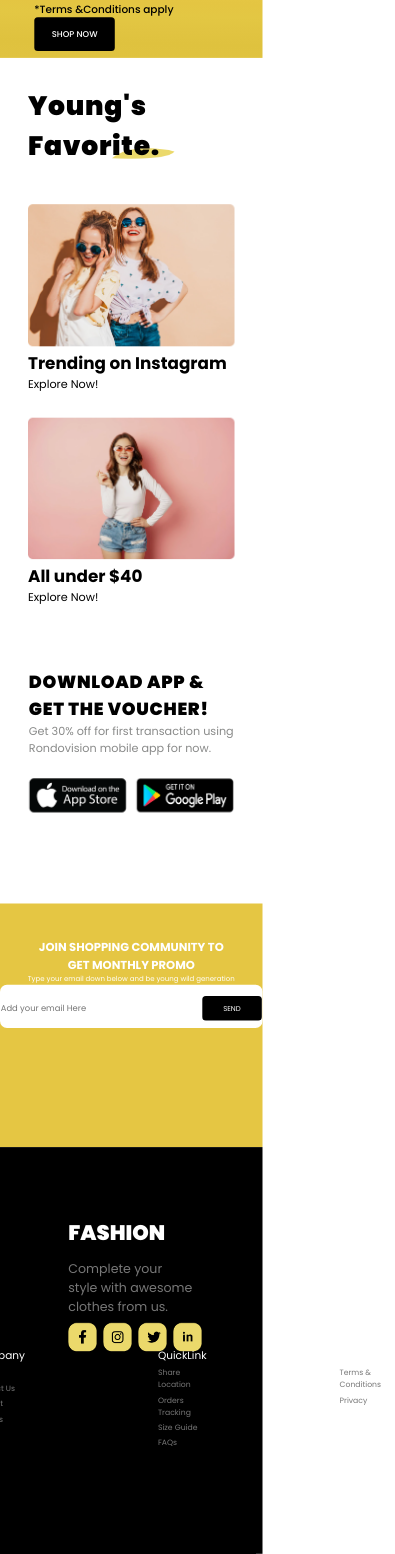
Repository: isaacCodes1/FashionWebsite
Page: index.html
An editor plug-in stored every save of this project. The page is shown before and after a run of saves, followed by the edit.
The browser window is 375 px wide. The page is 564 px wide, so the pictures cover 564 px, including what lies to the right of the window. The pictures show the part of the page from y = 3324 to 5564 px (the page is 5544 px tall before and 5564 px after), at 70% of full size.

Above is the page before, as saved 2024-03-18 12:07:20.

### index.html
<!DOCTYPE html>
<html lang="en">
  <head>
    <meta charset="UTF-8" />
    <meta name="viewport" content="width=device-width, initial-scale=1.0" />
    <title>Shopping Site Assignment</title>
    <link rel="stylesheet" href="style.css" />
    <link rel="stylesheet" href="/Media Query.css">
  </head>
  <body>
    <header>
      <nav>
        <!--------- NavItems ------->
        <div class="image">
          <a href="#"><img src="/Assets/Vector (3).png" />FASHION</a>
        </div>
        <div class="navItems">
          <ul>
            <li><a href="#">CATALOGUE</a></li>
            <li><a href="#">FASHION</a></li>
            <li><a href="#">FAVORITE</a></li>
            <li><a href="#">LIFESTYLE</a></li>
          </ul>
          <button>SIGN UP</button>
        </div>
      </nav>
    </header>
    <main>
      <!------- FirstPage ------>
      <section class="firstPageCont">
        <div class="FirstPage">
          <div class="txtCont">
            <h1>
              <span class="spn1">LET'S <br /></span>EXPLORE <br />
              <span class="spn2">UNIQUE <br /></span>CLOTHES.
            </h1>
            <p>Live for Influential and Innovative fashion!</p>
            <div class="txtBtn">
              <img src="/Assets/Vector 9.png" alt="" />
              <button class="btns">Shop Now</button>
            </div>
          </div>
          <div class="imgCont">
            <div class="star1"><img src="/Assets/Star 11.png" alt="" /></div>
            <div class="star2"><img src="/Assets/Star 11.png" alt="" /></div>
            <div class="star3"><img src="/Assets/Star 11.png" alt="" /></div>
            <div class="star4"><img src="/Assets/Star 11.png" alt="" /></div>
            <img src="/Assets/girl.png" alt="" />
          </div>
        </div>
      </section>
      <!------ Logos ------->
      <section class="firstPageFooter">
        <div class="logoCont">
          <img src="/Assets/HM.png" alt="" />
          <img src="/Assets/Obey.png" alt="" />
          <img src="/Assets/Shopify.png" alt="" />
          <img src="/Assets/Lacoste.png" alt="" />
          <img src="/Assets/Levis.png" alt="" />
          <img src="/Assets/Amazon.png" alt="" />
        </div>
      </section>
      <section class="nextPageCont">
        <div class="nextPageText">
          <h1>NEW ARRIVALS</h1>
          <img src="/Assets/Vector 9.png" alt="" />
        </div>
        <div class="prettyImages">
          <div class="Images">
            <div class="prettyImg">
              <img src="/Assets/image1.png" alt="" />
            </div>
            <div class="prettyText">
              <div class="txtIcon">
                <h1>Hoodies & Sweatshirt</h1>
                <p>Explore Now!</p>
              </div>
              <div class="icons"></div>
            </div>
          </div>
          <div class="Images">
            <div class="prettyImg">
              <img src="/Assets/image2.png" alt="" />
            </div>
            <div class="prettyText">
              <div class="txtIcon">
                <h1>Coats & Parkas</h1>
                <p>Explore Now!</p>
              </div>
              <div class="icons"></div>
            </div>
          </div>
          <div class="Images">
            <div class="prettyImg">
              <img src="/Assets/image3.png" alt="" />
            </div>
            <div class="prettyText">
              <div class="txtIcon">
                <h1>Tees & T-Shirt</h1>
                <p>Explore Now!</p>
              </div>
              <div class="icons"></div>
            </div>
          </div>
        </div>
      </section>
      <section class="payDay">
        <div class="genDiv">
          <div class="yellowImg">
            <img src="/Assets/image 12.png" alt="" />
          </div>
          <div class="yellowTxt">
            <h1><span class="spn3">PAYDAY</span>SALE NOW</h1>
            <p>
              Spend minimal $100 get 30% off <br />voucher code for your next
              purchase
            </p>
            <p><strong>1 June -10 June 2021</strong></p>
            <p class="para">*Terms &Conditions apply</p>
            <button class="btn">SHOP NOW</button>
          </div>
        </div>
      </section>
      <!--------   Images   ------->
      <section class="nextPageCont">
        <div class="nextPageText">
          <h1>Young's Favorite.</h1>
          <img class="vector" src="/Assets/Vector 9.png" alt="" />
        </div>
        <div class="prettyImages">
          <div class="Images">
            <div class="prettyImg">
              <img src="/Assets/Girls.png" alt="" />
            </div>
            <div class="prettyText">
              <div class="txtIcon">
                <h1>Trending on Instagram</h1>
                <p>Explore Now!</p>
              </div>
              <div class="icons"></div>
            </div>
          </div>

          <div class="Images">
            <div class="prettyImg">
              <img src="/Assets/Rectangle 49.png" alt="" />
            </div>
            <div class="prettyText">
              <div class="txtIcon">
                <h1>All under $40</h1>
                <p>Explore Now!</p>
              </div>
              <div class="icons"></div>
            </div>
          </div>
        </div>
      </section>
      <!---- Apps----->
      <section class="nextPageCont2">
        <div class="nextPageText2">
          <h1>DOWNLOAD APP & <br />GET THE VOUCHER!</h1>
          <p>
            Get 30% off for first transaction using <br />Rondovision mobile app
            for now.
          </p>
          <div class="store">
            <a href="https://www.apple.com/store"
              ><img src="/Assets/Apple Store.png" alt=""
            /></a>
            <a href="https://play.google.com/store/games?hl=en&gl=US&pli=1"
              ><img src="/Assets/Google Play.png" alt=""
            /></a>
          </div>
        </div>
        <div class="Images2">
          <div class="prettyImg2">
            <img src="/Assets/Mobile app.png" alt="" />
            <div class="circle1"><img src="/Assets/circle.png" alt="" /></div>
            <div class="circley"><img src="/Assets/circle y.png" alt="" /></div>
            <div class="circleye">
              <img src="/Assets/circle y.png" alt="" />
            </div>
            <div class="circle2"><img src="/Assets/circle.png" alt="" /></div>
            <div class="bigC"><img src="/Assets/back1.png" alt="" /></div>
            <div class="largeC">
              <img src="/Assets/lagrescircle.png" alt="" />
            </div>
            <div class="largeC1">
              <img src="/Assets/lagrescircle.png" alt="" />
            </div>
          </div>
        </div>
        <div class="icons"></div>
      </section>
      <!------ Footer ------>
      <section class="footer">
        <div class="footerDiv">
          <div class="h1footer">
            <h1>
              JOIN SHOPPING COMMUNITY TO <br />
              GET MONTHLY PROMO
            </h1>
          </div>
          <div class="pFooter">
            <p>Type your email down below and be young wild generation</p>
            <div class="input">
              <input
                class="input"
                type="text"
                placeholder="Add your email Here"
              />
              <a href="https://mail.google.com/mail/u/0/#inbox">SEND</a>
            </div>
          </div>
        </div>
      </section>
      <section class="foot">
        <div class="footDiv">
          <div class="footTxt">
            <h1>FASHION</h1>
            <p>
              Complete your style with awesome <br />
              clothes from us.
            </p>
            <div class="socialIcons">
              <div class="icon">
                <a
                  href="https://www.facebook.com/profile.php?id=61551880766580"
                >
                  <img src="/Assets/Facebook.png" alt=""
                /></a>
              </div>
              <div class="icon">
                <a href="https://www.instagram.com/"
                  ><img src="/Assets/Instagram.png" alt=""
                /></a>
              </div>
              <div class="icon">
                <a href="#"><img src="/Assets/Twitter.png" alt="" /></a>
              </div>
              <div class="icon">
                <a href="#"><img src="/Assets/Linkedn.png" alt="" /></a>
              </div>
            </div>
          </div>

          <div class="socialIcons">
            <div class="links">
              <div class="links1"><a href="">Company</a></div>
              <div class="links2"><a href="">About</a></div>
              <div class="links2"><a href="">Contact Us</a></div>
              <div class="links2"><a href="">Support</a></div>
              <div class="links2"><a href="">Careers</a></div>
            </div>
            <div class="links">
              <div class="links1"><a href="">QuickLink</a></div>
              <div class="links2"><a href="">Share Location</a></div>
              <div class="links2"><a href="">Orders Tracking</a></div>
              <div class="links2"><a href="">Size Guide</a></div>
              <div class="links2"><a href="">FAQs</a></div>
            </div>
            <div class="links">
              <div class="links1"><a href="">Legal</a></div>
              <div class="links2"><a href="">Terms & Conditions</a></div>
              <div class="links2"><a href="">Privacy</a></div>
            </div>
          </div>
        </div>
      </section>
    </main>
  </body>
</html>

### style.css
@import url("https://fonts.googleapis.com/css2?family=Poppins:ital,wght@0,100;0,200;0,300;0,400;0,500;0,600;0,700;0,800;0,900;1,100;1,200;1,300;1,400;1,500;1,600;1,700;1,800;1,900&display=swap");
* {
  margin: 0;
  padding: 0;
  box-sizing: border-box;
  font-family: "Poppins", sans-serif;
}
nav {
  display: flex;
  align-items: center;
  justify-content: space-between;
  width: 100%;
  padding: 20px 40px;
}
.image a {
  display: flex;
  align-items: center;
  gap: 6px;
  text-decoration: none;
  color: #000;
  font-size: 16px;
  font-weight: 900;
}
.image a img {
  width: 16%;
}
.navItems {
  display: flex;
  gap: 30px;
  align-items: center;
}
.navItems ul {
  display: flex;
  gap: 30px;
  list-style: none;
}
.navItems ul li a {
  text-decoration: none;
  color: #000;
  font-size: 16px;
  font-weight: 500;
}
.navItems ul li:hover {
  transform: scale(1.05);
  transition: 1s ease-in-out;
}
.navItems button {
  border: 0;
  background: #000;
  padding: 10px 20px;
  color: #fff;
  border-radius: 5px;
  font-size: 13px;
}
.navItems button:hover {
  transform: scale(1.05);
  transition: 1s ease-in-out;
  color: #000;
  background: rgb(137, 136, 136);
}
/* firstPageCtn */
.firstPageCont {
  padding: 20px 40px;
}
.FirstPage {
  display: flex;
  flex: 1;
  width: 100%;
  height: 90vh;
  padding: 40px 10px 0px 10px;
  border-radius: 30px;
  background: #f4f6f5;
}
.txtCont {
  display: flex;
  flex: 0.5;
  flex-direction: column;
  gap: 10px;
  padding-left: 40px;
}

.txtCont h1 {
  font-size: 64px;
  font-weight: 900;
  width: 50%;
  line-height: 75px;
}

.txtCont p {
  font-size: 20px;
}
.txtBtn {
  display: flex;
  align-items: center;
  width: 80%;
  margin-top: 10px;
  gap: 10px;
}
.btns {
  border: 0;
  background: #000;
  padding: 10px 20px;
  color: #fff;
  border-radius: 5px;
  font-size: 19px;
}
.btns:hover {
  transform: scale(1.05);
  transition: 1s ease-in-out;
  color: #000;
  background: rgb(137, 136, 136);
}
.txtBtn img {
  width: 100px;
}
.imgCont {
  flex: 0.5;
  display: flex;
  position: relative;
}
.star1 {
  position: absolute;
  top: 5px;
  left: 10px;
}
.star1 img {
  width: 30px;
}
.star2 {
  position: absolute;
  top: 20px;
  left: 450px;
}
.star2 img {
  width: 30px;
}
.star3 {
  position: absolute;
  bottom: 10px;
  left: 70px;
}
.star3 img {
  width: 30px;
}
.star4 {
  position: absolute;
  bottom: 20px;
  left: 400px;
}
.star4 img {
  width: 30px;
}
.spn1 {
  display: flex;
  align-items: center;
  background-image: url(/Assets/rectangle1.png);
  background-size: cover;
  background-repeat: no-repeat;
  width: 100%;
  padding-left: 20px;
}
.spn2 {
  background-image: url(/Assets/Rectangle2.png);
  background-size: cover;
  background-repeat: no-repeat;
  padding-right: 50px;
  padding-left: 20px;
}
/* next Page */
.firstPageFooter {
  background: #ebd96b;
  padding: 20px 30px;
  display: flex;
  align-items: center;
  justify-content: center;
}
.logoCont {
  display: flex;
  justify-content: center;
  gap: 50px;
}
.logoCont img {
  width: 7%;
}
.nextPageCont {
  margin-top: 20px;
  padding: 20px 40px;
  display: flex;
  flex-direction: column;
  gap: 55px;
  margin-bottom: 50px;
}
.nextPageText {
  position: relative;
}
.nextPageText h1 {
  font-size: 38px;
  letter-spacing: 1px;
  font-weight: 900;
}
.nextPageText img {
  position: absolute;
  bottom: 5px;
  left: 200px;
  width: 10%;
  z-index: -1;
}
.prettyImages {
  display: flex;
  gap: 35px;
}

.prettyImg img {
  width: 100%;
}
.payDay {
  background: linear-gradient(
    1.32deg,
    #e0c340 0.13%,
    #dfc23e 3.97%,
    #e1c441 7.2%,
    #e3c743 10.13%,
    #e4c542 12.98%,
    #e6c744 15.99%,
    #e7c845 19.52%,
    #e5c643 23.96%,
    #e6c945 30.43%,
    #e3c743 36.49%,
    #e9ca48 42.49%,
    #edce49 49.35%,
    #f0d44c 55.42%,
    #f4d84f 61.43%,
    #f6da52 65.74%,
    #f7db53 72.23%,
    #f9dd55 77.43%,
    #f9df56 83.84%,
    #fae157 91.52%,
    #f9df56 97.87%
  );
}
.yellowTxt {
  flex-direction: column;
  margin-bottom: 10px;
}
.yellowTxt h1 {
  font-size: 65px;
  font-weight: 900;
}
.yellowTxt p {
  font-size: 22px;
  font-weight: 500;
}

.yellowImg img {
  flex: 0.5;
  display: flex;
  width: 600px;
  position: relative;
}

.genDiv {
  display: flex;
  align-items: center;
}
.btn {
  border: 0;
  background: #000;
  padding: 15px 25px;
  color: #fff;
  border-radius: 5px;
  font-size: 18px;
  font-weight: 500;
}
.btn:hover {
  transform: scale(1.05);
  transition: 1s ease-in-out;
  color: #000;
  background: rgb(137, 136, 136);
}
.spn3 {
  display: flex;
  background-image: url(/Assets/rectangle1.png);
  background-size: cover;
  background-repeat: no-repeat;
  width: 300px;
}
.nxtSect {
  margin-top: 20px;
  padding: 20px 40px;
  display: flex;
  flex-direction: column;
  gap: 50px;
  margin-bottom: 50px;
}
.nxtSectText {
  position: relative;
}
.nxtSectText h1 {
  font-size: 38px;
  letter-spacing: 1px;
  font-weight: 900;
}
.nxtSectText img {
  position: absolute;
  bottom: 6px;
  left: 250px;
  width: 10%;
  z-index: -1;
}
.assetText {
  display: flex;
  flex-direction: column;
}

/* storeSection */
.nextPageCont1 {
  margin-top: 20px;
  padding: 20px 40px;
  display: flex;
  flex-direction: column;
  gap: 50px;
  margin-bottom: 50px;
}
.nextPageText1 {
  position: relative;
  margin-left: 70px;
}
.nextPageText1 h1 {
  font-size: 38px;
  letter-spacing: 1px;
  font-weight: 900;
}
.prettyImages1 {
  display: flex;
  gap: 35px;
}
.prettyImg1 img {
  width: 40%;
  cursor: pointer;
}
.Images2 {
  display: flex;
}
.prettyImg2 {
  position: relative;
}
.prettyImg2 img {
  width: 70;
  height: 500px;
  margin-left: 70px;
}
.nextPageCont2 {
  margin-top: 20px;
  padding: 20px 40px;
  display: flex;
  gap: 50px;
  margin-bottom: 50px;
  display: flex;
  justify-content: space-between;
  align-items: center;
}
.nextPageText2 {
  display: flex;
  flex-direction: column;
  margin-left: 50px;
}
.nextPageText2 p {
  margin-bottom: 30px;
  color: #898a89;
}
.nextPageText2 h1 {
  font-size: 30px;
  letter-spacing: 1px;
  font-weight: 900;
}
.nextPageText2 img {
  width: 30%;
  cursor: pointer;
  display: flex;
}
.store {
  display: flex;
  justify-content: space-between;

}
.store a img{
   width: 140px;
   gap: 50px;
}
.circle1 {
  position: absolute;
  right: 350px;
  bottom: 500px;
}
.circle1 img {
  width: 15px;
  height: 15px;
  display: flex;
}
.circley {
  position: absolute;
  right: 0;
  bottom: 470px;
}
.circley img {
  width: 30px;
  height: 30px;
}
.circleye {
  position: absolute;
  right: 400px;
  bottom: 60px;
}
.circleye img {
  width: 17px;
  height: 17px;
}
.circle2 {
  position: absolute;
  right: 0;
  bottom: 100px;
}
.circle2 img {
  width: 10px;
  height: 10px;
}
.elipses {
  position: absolute;
}
.bigC {
  position: absolute;
  right: -12px;
  bottom: 100px;
  z-index: -1;
}
.bigC img {
  width: 300px;
  height: 300px;
  background: transparent;
}

.largeC {
  position: absolute;
  right: -41px;
  bottom: 70px;
  z-index: -1;
}
.largeC img {
  width: 360px;
  height: 360px;
  /* background: transparent; */
}
.largeC1 {
  position: absolute;
  right: -70px;
  bottom: 50px;
  z-index: -1;
}
.largeC1 img {
  width: 420px;
  height: 400px;
}
.footerDiv {
  background: #e5c643;
  padding-bottom: 170px;
}
.h1footer {
  color: #fff;
  text-align: center;
  padding-top: 50px;
  font-size: 30px;
  font-weight: 1000;
}
.pFooter {
  display: flex;
  flex-direction: column;
  justify-content: center;
  align-items: center;
  text-align: center;
  color: #fff;
  font-size: 30px;
}

.input {
  background: #fff;
  width: 40%;
  padding: 5px 0px;
  border-radius: 10px;
}
.input input {
  background: none;
  border: 0;
  padding: 13px 0px 13px 0px;
  width: 76%;
  font-size: 17px;
  outline: 0;
}
.input a {
  font-size: 20px;
  text-decoration: 0;
  color: #fff;
  background: #000;
  padding: 10px 30px;
  border-radius: 5px;
}
.input a:hover{
  transform: scale(1.05);
  transition: 1s ease-in-out;
  color: #000;
  background: rgb(137, 136, 136);
}

.footDiv {
  display: flex;
  background: #000;

  place-items: center;
  padding: 100px;
}

.footTxt {
  display: flex;
  flex-direction: column;
  gap: 15px;
}
.footTxt h1 {
  color: #fff;
  font-size: 30px;
  font-weight: 900;
}
.footTxt p {
  color: #777;
  font-size: 18px;
}
.socialIcons {
  display: flex;
  gap: 20px;
}

.icon {
  background: #ebd96b;
  width: 30px;
  display: flex;
  align-items: center;
  justify-content: center;
  height: 30px;
  border-radius: 8px;
}
.icon img {
  display: flex;
  align-items: center;
  width: 40px;
  place-items: center;
}
.links {
  margin-left: 150px;
  padding-right: 20px;
  margin-bottom: 50px;
}
.links1 a{
  color: #fff;
  font-size: 18px;
  text-decoration: none;
}
.links2 a{
  text-decoration: none;
  color: #777;
  font-size: 11px;
}
.links1 {
  display: flex;
  flex-direction: column;
  color: #fff;
  font-size: 18px;
  margin-top: 0px;
}
.links2 {
  color: #777;
  font-size: 11px;
  padding-top: 5px;
}

### Media Query.css
@media (max-width: 488px) {
  nav {
    flex-direction: column;
    gap: 10px;
  }
  .navItems {
    flex-direction: column;
    gap: 10px;
  }
  .navItems ul {
    gap: 15px;
  }
  .navItems ul li a {
    font-size: 13px;
  }
  .firstPageCont {
    padding: 0px;
  }
  .FirstPage {
    flex-direction: column;
    height: auto;
    padding: 0px;
  }

  .txtCont h1 {
    font-size: 50px;
    width: 100%;
  }
  .txtCont p {
    font-size: 15px;
  }
  .btns {
    font-size: 12px;
  }
  .imgCont {
    flex-direction: column;
    width: 100%;
    display: flex;
  }
  .logoCont {
    display: flex;
    justify-content: center;
    gap: 20px;
  }
  .logoCont img {
    width: 10%;
  }
  .prettyImages {
    display: flex;
    flex-direction: column;
  }
  .nextPageText img {
    position: absolute;
    bottom: 10px;
    left: 120px;
    width: 30%;
    z-index: -1;
  }
  .cardsContainer {
    display: flex;
    flex-direction: column;
    gap: 20px;
  }
  .genDiv {
    display: flex;
    flex-direction: column;
  }
  .yellowImg img {
    width: 100%;
  }
  .yellowTxt h1 {
    font-size: 40px;
  }
  .spn3 {
    width: 200px;
  }
  .yellowTxt p {
    font-size: 15px;
  }
  .btn {
    font-size: 12px;
  }
  .nextPageCont2 {
    display: flex;
    flex-direction: column;
    margin-bottom: 10px;
  }
  .nextPageText2 {
    margin-left: 0;
  }
  .nextPageText2 h1 {
    font-size: 25px;
  }
  .prettyImg2 {
    display: none;
  }
  .footerDiv {
    margin-left: 0;
  }
  .h1footer {
    font-size: 11px;
    text-align: 20px;
  }
  .pFooter {
    font-size: 10px;
  }
  .input {
    width: 100%;
  }
  .input::placeholder {
    font-size: 12px;
  }
  .input a {
    font-size: 10px;
  }
  .footDiv {
    display: flex;
    flex-direction: column;
  }
  .icon a {
    width: 100%;
  }
  .links1 a {
    font-size: 15px;
  }
}

After the next 4 saves:
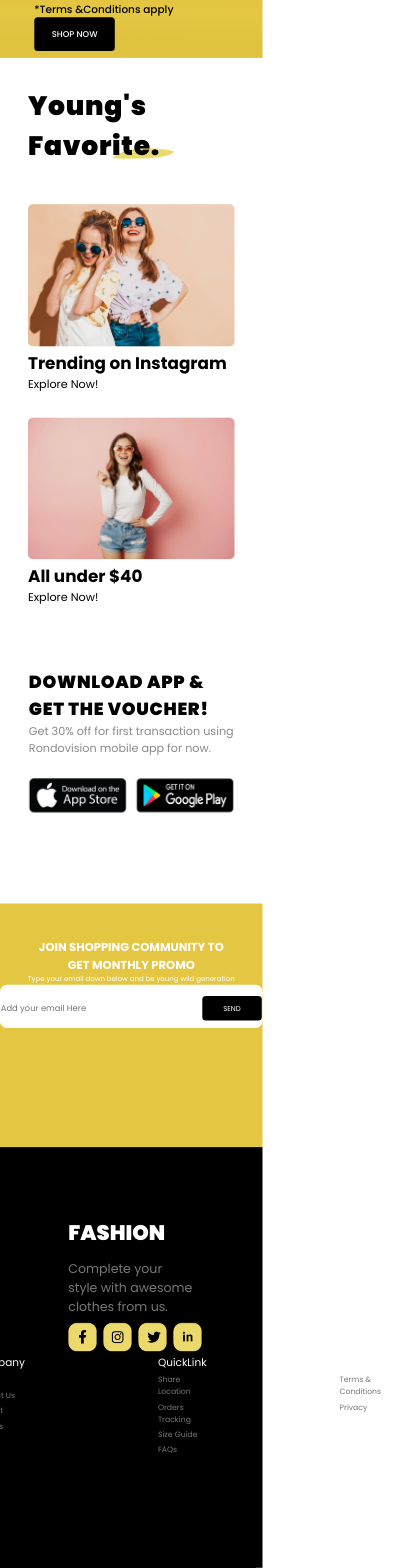
The 4 saves are shown as one change because they came seconds apart.
The last was saved 42 s later.
--- a/Media Query.css
+++ b/Media Query.css
@@ -117,6 +117,9 @@
     display: flex;
     flex-direction: column;
   }
+  .socialIcons {
+    margin-bottom: 10px;
+  }
   .icon a {
     width: 100%;
   }
